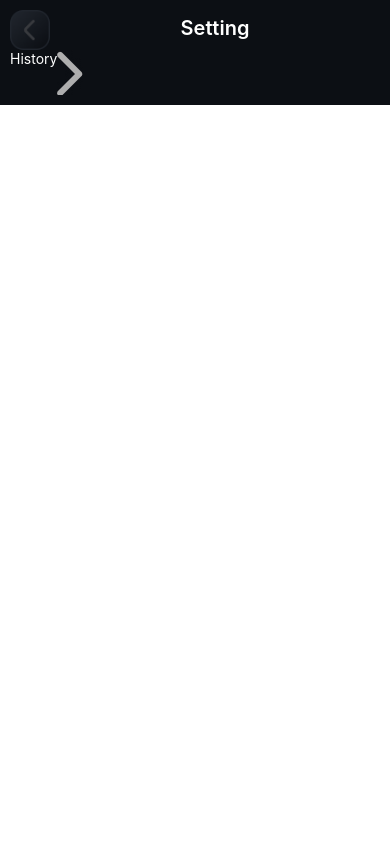
Repository: nguoilaisaochoi/App-coffe
Screen: /
These files come from the project's save history. The screen is drawn as it stood at one moment and after a run of saves; the edit follows.
The app was drawn by React Native's web renderer in a window 390 px wide. The project was rebuilt for these pictures with package versions that can differ from the ones it lists, and the page was loaded fresh each time.

Above is the screen before, as saved 2024-01-13 08:49:19.

### App.tsx
import { View, Text } from 'react-native'
import React from 'react'
import Login from './src/Login'
import Register from './src/Register'
import Setting from './src/Setting'
const App = () => {
  return (
    <View>
      <Setting/>
    </View>
  )
}

export default App

### src/Setting.js
import {View, Text, StyleSheet, Image} from 'react-native';
import React from 'react';

const Setting = () => {
  return (
    <View style={mystyle.body}>
      <View style={mystyle.task}>
        <Image
          style={mystyle.arrowleft}
          source={require('../assets/img/arrowleft.png')}
        />
        <Text style={mystyle.textsetting}>Setting</Text>
      </View>
      <View style={mystyle.setting}>
        <View style={mystyle.bgicon}></View>
        <Text style={mystyle.text}>History</Text>
        <Image source={require('../assets/img/Arrow_right.jpg')} />
      </View>
    </View>
  );
};

export default Setting;
const mystyle = StyleSheet.create({
  body: {
    width: '100%',
    height: '100%',
    padding: 10,
    backgroundColor: '#0C0F14',
  },
  task: {
    width: '100%',
    display: 'flex',
    flexDirection: 'row',
  },
  arrowleft: {
    width: 40,
    height: 40,
  },
  textsetting: {
    color: 'white',
    marginLeft: 'auto',
    marginRight: 'auto',
    fontSize: 20,
    fontStyle: 'normal',
    fontWeight: '600',
    lineHeight: 36,
  },
  setting: {
    display: 'flex',
    flexDirection: 'row',
  },
  text: {
    color: 'white',
  },
});

After the next 5 saves:
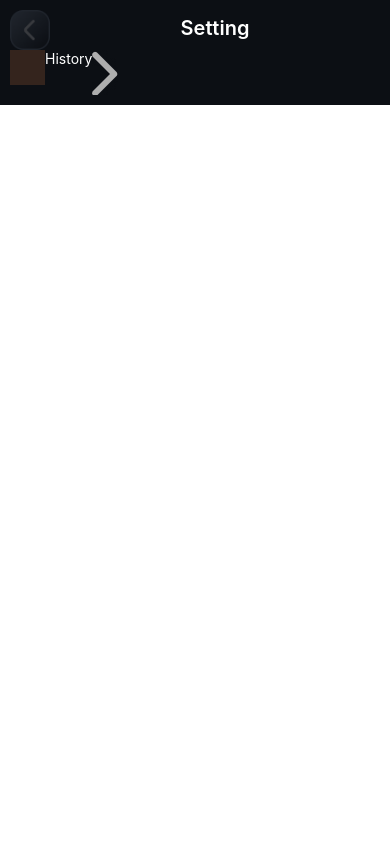
The 5 saves are shown as one change because 3 did not build or start and some came seconds apart.
The last was saved 43 s later.
--- a/src/Setting.js
+++ b/src/Setting.js
@@ -53,4 +53,9 @@ const mystyle = StyleSheet.create({
   text: {
     color: 'white',
   },
+  bgicon: {
+    width: 35,
+    height: 35,
+    backgroundColor: 'rgba(209, 120, 66, 0.20)',
+  },
 });
